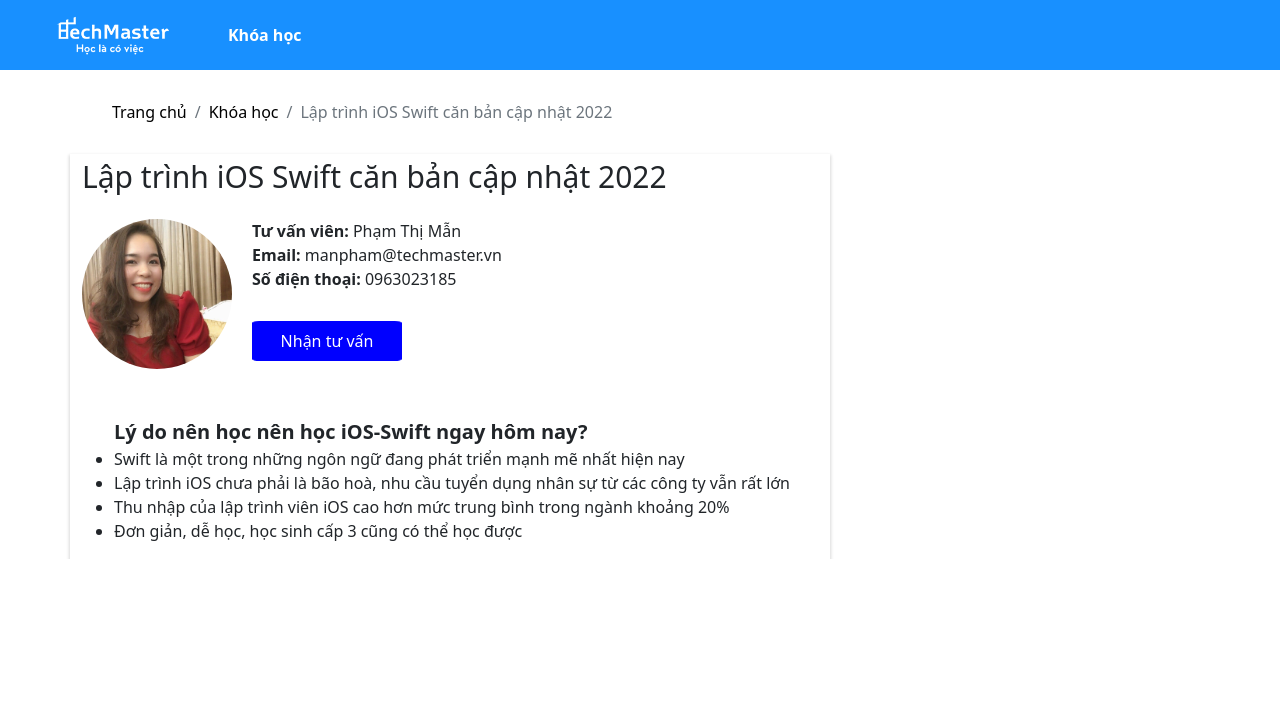
Repository: khanhnahk306/khanhnahk.github.io
Page: Clone_Techmaster/html/ios.html
These files come from the project's save history. The page is drawn as it stood at one moment and after a run of saves; the edit follows.
The browser window is 1280 px wide. The pictures show the whole page.

Above is the page before, as saved 2022-06-10 13:36:23.

### Clone_Techmaster/html/ios.html
<!DOCTYPE html>
<html lang="en">

<head>
    <meta charset="UTF-8">
    <meta http-equiv="X-UA-Compatible" content="IE=edge">
    <meta name="viewport" content="width=device-width, initial-scale=1.0">
    <title>TechMaster</title>
    <link href="https://cdn.jsdelivr.net/npm/bootstrap@5.0.2/dist/css/bootstrap.min.css" rel="stylesheet"
        integrity="sha384-EVSTQN3/azprG1Anm3QDgpJLIm9Nao0Yz1ztcQTwFspd3yD65VohhpuuCOmLASjC" crossorigin="anonymous">
    <link rel="stylesheet" href="../css/style.css">
    <nav class="navbar navbar-expand-md navbar-dark" style="background-color: #1890ff; height: 70px;">
        <div class="image">
            <a href="../html/index.html">
                <img src="../picture/Capture.PNG" style="margin-left: 50px; width: 120px; ">
            </a>
        </div>
        <button class="navbar-toggler" type="button" data-toggle="collapse" data-target="#collapsibleNavbar">
            <span class="navbar-toggler-icon"></span>
        </button>
        <div class="collapse navbar-collapse" id="collapsibleNavbar">
            <ul class="navbar-nav">
                <li class="nav-item">
                    <a class="nav-link" href="#" style="margin-left: 50px; font-weight: bolder; color: white;">Khóa
                        học</a>
                </li>
            </ul>
        </div>
    </nav>
    <style>
        button {
            width: 150px;
            height: 40px;
            margin-top: 30px;
            background-color: blue;
            color: #fff;
            border-radius: 5%;
            border: 1px solid blue;
        }

        img {
            border-radius: 50%;
            -moz-border-radius: 50%;
            -webkit-border-radius: 50%;
        }
    </style>
</head>

<body>
    <div class="container">
        <div class="row">
            <div class="col-12">
                <ul class="breadcrumb" style="margin: 30px;">
                    <li class="breadcrumb-item"><a href="../html/index.html">Trang chủ</a></li>
                    <li class="breadcrumb-item"><a href="#">Khóa học</a></li>
                    <li class="breadcrumb-item active" aria-current="page">Lập trình iOS Swift căn bản cập nhật 2022
                    </li>
                </ul>
            </div>
        </div>
        <div class="row">
            <div class="col-sm-12 col-md-8" style="box-shadow: 0 2px 3px 1px rgb(0 0 0 / 15%);">
                <div class="title" style="margin-bottom: 20px; font-size: 30px;">Lập trình iOS Swift căn bản cập nhật
                    2022</div>
                <div class="support" style="display: flex;">
                    <div class="support-left">
                        <img src="../picture/avatar2.png">
                    </div>
                    <div class="support-right" style="margin-left: 20px;">
                        <span><b>Tư vấn viên:</b> Phạm Thị Mẫn</span><br>
                        <span><b>Email:</b> manpham@techmaster.vn</span><br>
                        <span><b>Số điện thoại:</b> 0963023185</span><br>
                        <button type="button">Nhận tư vấn</button>
                    </div>
                </div>
                <div class="content">
                    <br><br>
                    <ul>
                        <b style="font-size: 20px;">Lý do nên học nên học iOS-Swift ngay hôm nay?</b>
                        <li>Swift là một trong những ngôn ngữ đang phát triển mạnh mẽ nhất hiện nay</li>
                        <li>Lập trình iOS chưa phải là bão hoà, nhu cầu tuyển dụng nhân sự từ các công ty vẫn rất lớn
                        </li>
                        <li>Thu nhập của lập trình viên iOS cao hơn mức trung bình trong ngành khoảng 20%</li>
                        <li>Đơn giản, dễ học, học sinh cấp 3 cũng có thể học được</li>
                    </ul>
                </div>
            </div>
        </div>
    </div>
</body>

</html>

### Clone_Techmaster/css/style.css
html,
body {
    width: auto !important;
    overflow-x: hidden !important;
}

* {
    box-sizing: border-box;
}

a {
    text-decoration: none;
    color: black;
}

h1 {
    text-align: center;
    color: black;
}

h2 {
    margin-left: 10px;
    font-size: 20px;
}

p {
    margin-top: 50px;
}

.md-radio {
    font-size: 25px;
}

.search {
    margin-right: 523px;
    margin-left: 7px;
    margin-top: 15px;
    width: 270px;
    border-radius: 2%;
    border: 1px solid white;
}

.container {
    margin: auto;
    display: flex;
    flex-wrap: wrap;
}

.row {
    width: 1200px;
}

.picture {
    width: 270px;
    height: 270px;
    border-radius: 2% 2% 0 0;
    object-fit: cover;
}

.box {
    width: 270px;
    margin: 15px;
    background-color: white;
    border-radius: 2%;
    box-shadow: 0 2px 3px 1px rgb(0 0 0 / 15%);
}

.description {
    max-width: 100px;
    margin-left: 10px;
    margin-right: 10px;
}

.box:hover {
    transform: scale(1);
    transition: 1s;
    opacity: 1.0;
    filter: drop-shadow(5px 10px 5px gray);
}

After the next 2 saves:
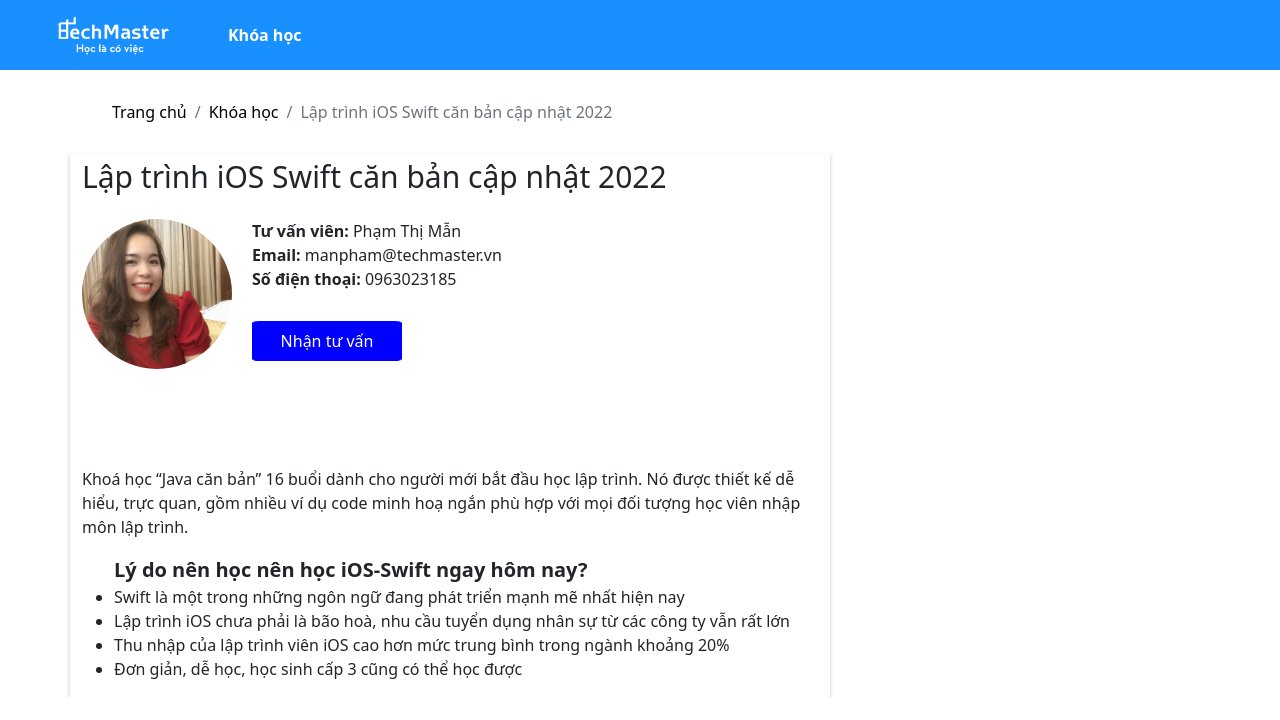
The 2 saves are shown as one change because they came seconds apart.
The last was saved 15 s later.
--- a/Clone_Techmaster/html/ios.html
+++ b/Clone_Techmaster/html/ios.html
@@ -75,6 +75,9 @@
                 </div>
                 <div class="content">
                     <br><br>
+                    <p>Khoá học “Java căn bản” 16 buổi dành cho người mới bắt đầu học lập trình. Nó được thiết kế dễ
+                        hiểu, trực quan, gồm nhiều ví dụ code minh hoạ ngắn phù hợp với mọi đối tượng học viên nhập môn
+                        lập trình.</p>
                     <ul>
                         <b style="font-size: 20px;">Lý do nên học nên học iOS-Swift ngay hôm nay?</b>
                         <li>Swift là một trong những ngôn ngữ đang phát triển mạnh mẽ nhất hiện nay</li>
